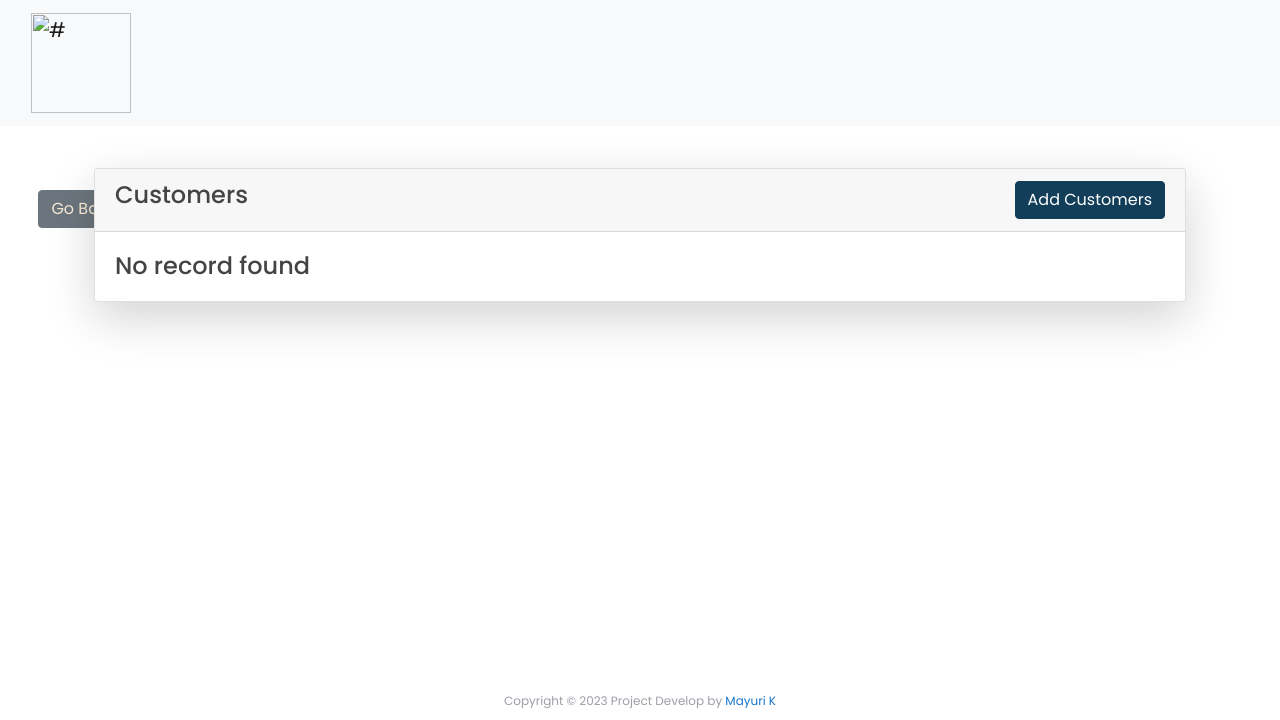
Repository: JyrossC/POS-PHP
Page: http://localhost/customer/customers.php
The author's editor kept a copy of each file at every save. The page is drawn from the files as they stood at one save, then again after the next save.
The browser window is 1280 px wide. The pictures show the whole page.
Some web fonts or font styles are not loaded; a fallback is used. The page is run by PHP 8.4 with error messages shown; the project is at /var/www/html/. Other server files are loaded and not shown. Queries for data that is not in the repository find no rows.

Above is the page before, as saved 2024-08-24 14:58:56.

### POS System/customer/customers.php
<?php

include('../header.php');
include('function.php');
include('header1.php');
include('navbar.php');



?>

<div class=" mt-5 py-3" style="margin-left: 3%; text-decoration: none;" >
    <button type="button" class="btn btn-secondary">
        <a href="../index.php" style="text-decoration: none; color:antiquewhite; ">Go Back</a>
    </button>
</div>

<div class="container px-4" style="margin-top: -100px;" >
    <div class="card mt-4 shadow-lg">
        <div class="card-header">
            <h4 class="mb-0">Customers
                <a href="add-customer.php" class="btn btn-primary float-end">Add Customers</a>
            </h4>
        </div>
        <div class="card-body">
            <?php alertMessage(); ?>

            <?php
                $customers = getAll('customers');
                if(!$customers){
                    echo '<h4>Something Went Wrong</h4>';
                    return false;
                }
                if(mysqli_num_rows($customers) > 0)
                {


            ?>

            <div class="table-responsive">
                <table class="table table-striped table-bordered">
                    <thead>
                        <tr>
                            <th>ID</th>
                            <th>Name</th>
                            <!-- <th>Email</th> -->
                            <th>Phone</th>
                            <!-- <th>image</th> -->
                            <th>Status</th>
                            <th>Action</th>
                        </tr>
                    </thead>
                    <tbody>

                        <?php foreach($customers as $item) : ?>
                        <tr>
                            <td><?=$item['id']; ?></td>
                            <td><?=$item['name']; ?></td>
                            <!-- <td><?=$item['email']; ?></td> -->
                            <td><?=$item['phone']; ?></td>
                            <!-- <td><?=$item['image']; ?></td> -->

                            <td class="justify-content-center">
                                <?php
                                   if($item['status'] == 1 )
                                   {
                                    echo '<span class="badge bg-danger">Hidden</span>';
                                   }
                                   else
                                   {
                                    echo '<span class="badge bg-success">Visible</span>';
                                   }
                                ?>

                            </td>
                            <td>
                                <a href="edit-customer.php?id=<?= $item['id']; ?>" class="btn btn-primary btn-sm">Edit</a>
                                <a href="delete-customer.php?id=<?= $item['id']; ?>" class="btn btn-danger btn-sm">Delete</a>
                            </td>
                        </tr>
                        <?php endforeach; ?>

                    </tbody>
                </table>
            </div>


            <?php
                        }
                        else
                        {
                            ?>
                            <tr>
                                <h4 class="mb-0">No record found</h4>
                            </tr>
                            <?php
                        }
                        ?>


        </div>
    </div>

    </div>
</div>

<!-- <div class="footer">
    <footer>
            <div class="row">
                <div class="col-4">
                <div class="card">
                    <div class="card-body">

                    </div>
                </div>
            </div>
        </div>
    </footer>
</div> -->

### POS System/header.php
  <link rel="icon" type="image/x-icon" href="assets/uploads/fav.png">
  <meta content="" name="descriptison">
  <meta content="" name="keywords">



  <!-- Google Fonts -->
  <link href="https://fonts.googleapis.com/css?family=Open+Sans:300,300i,400,400i,600,600i,700,700i|Raleway:300,300i,400,400i,500,500i,600,600i,700,700i|Poppins:300,300i,400,400i,500,500i,600,600i,700,700i" rel="stylesheet">
    <link rel="stylesheet" href="assets/font-awesome/css/all.min.css">
    <link href="https://cdn.jsdelivr.net/npm/bootstrap@5.1.3/dist/css/bootstrap.min.css" rel="stylesheet" integrity="sha384-1BmE4kWBq78iYhFldvKuhfTAU6auU8tT94WrHftjDbrCEXSU1oBoqyl2QvZ6jIW3" crossorigin="anonymous">
<!--  Orginal Author Name: Mayuri K.
 for any PHP, Codeignitor, Laravel OR Python work contact me at mayuri.infospace@gmail.com
 Visit website : www.mayurik.com -->

  <!-- Vendor CSS Files -->
  <link href="assets/vendor/bootstrap/css/bootstrap.min.css"  rel="stylesheet">
  <link href="assets/vendor/icofont/icofont.min.css" rel="stylesheet">
  <link href="assets/vendor/boxicons/css/boxicons.min.css" rel="stylesheet">
  <link href="assets/vendor/venobox/venobox.css" rel="stylesheet">
  <link href="assets/vendor/animate.css/animate.min.css" rel="stylesheet">
  <link href="assets/vendor/remixicon/remixicon.css" rel="stylesheet">
  <link href="assets/vendor/owl.carousel/assets/owl.carousel.min.css" rel="stylesheet">
  <link href="assets/vendor/bootstrap-datepicker/css/bootstrap-datepicker.min.css" rel="stylesheet">
  <link href="assets/DataTables/datatables.min.css" rel="stylesheet">
  <link href="assets/css/jquery.datetimepicker.min.css" rel="stylesheet">
  <link href="assets/css/select2.min.css" rel="stylesheet">


  <!-- Template Main CSS File -->
  <link href="assets/css/style.css" rel="stylesheet">
  <link type="text/css" rel="stylesheet" href="assets/css/jquery-te-1.4.0.css">

  <script src="assets/vendor/jquery/jquery.min.js"></script>
  <script src="assets/DataTables/datatables.min.js"></script>
  <script src="assets/vendor/bootstrap/js/bootstrap.bundle.min.js" defer></script>
  <script src="assets/vendor/jquery.easing/jquery.easing.min.js"></script>
  <script src="assets/vendor/php-email-form/validate.js"></script>
  <script src="assets/vendor/venobox/venobox.min.js"></script>
  <script src="assets/vendor/waypoints/jquery.waypoints.min.js"></script>
  <script src="assets/vendor/counterup/counterup.min.js"></script>
  <script src="assets/vendor/owl.carousel/owl.carousel.min.js"></script>
  <script src="assets/vendor/bootstrap-datepicker/js/bootstrap-datepicker.min.js"></script>
    <script type="text/javascript" src="assets/js/select2.min.js"></script>
    <script type="text/javascript" src="assets/js/jquery.datetimepicker.full.min.js"></script>
    <script type="text/javascript" src="assets/font-awesome/js/all.min.js"></script>
  <script type="text/javascript" src="assets/js/jquery-te-1.4.0.min.js" charset="utf-8"></script>

### POS System/customer/function.php
<?php
session_start();

require"../db_connect.php";

//input field validation
function validate($inputData){
    global $conn;
    $validatedData = mysqli_real_escape_string($conn, $inputData);
    return trim($validatedData);
}

//Redirect URL within pages with message (status)
function redirect($url, $status){
$_SESSION['status'] = $status;
header('Location: '. $url);
exit(0);
}


//Display messages of status after any process
function alertMessage(){
    if(isset($_SESSION['status'])){

        echo '<div class="alert alert-warning alert-dismissible fade show" role="alert">
            <h6>'. $_SESSION['status'] . '</h6>
            <button type="button" class="btn-close" data-bs-dismiss="alert" aria-label="Close"></button>
        </div>';
        unset($_SESSION['status']);
    }
}


//Insert  record into database function
function insert($tableName, $data){
    global $conn;

    $table = validate($tableName);

    $columns = array_keys($data);
    $values = array_values($data);

    $finalColumn= implode(', ', $columns);
    $finalValues = "'" .implode("', '", $values)."'";

    $query = "INSERT INTO $table ( $finalColumn) VALUES ($finalValues)";
    $result = mysqli_query($conn, $query);
    return $result;
}

//Update records into database function
function update($tableName, $id, $data){

    global $conn;

    $table = validate($tableName);
    $id = validate($id);

    $updateDataString = "";

    foreach($data as $column => $value){
        $updateDataString .= $column .'='. "'$value',";
        $finalUpdateData = substr(trim($updateDataString),0,-1);

        $query= "UPDATE $table SET $finalUpdateData WHERE id = '$id'";
        $result = mysqli_query($conn, $query);
        return $result;

    }
}
//Get all data  from database function
function getAll($tableName, $status = NULL){
        global $conn;
        $table = validate($tableName);
        $status = validate($status);

        if($status == 'status'){
            $query = "SELECT * FROM $table WHERE $status = '0'";
        }
        else
        {
            $query = "SELECT * FROM $table";
        }
        return mysqli_query($conn, $query);

    }

function getById($tableName, $id){
        global $conn;
        $table = validate($tableName);
        $id = validate($id);

        $query = "SELECT * FROM $table WHERE id = '$id' LIMIT 1";
        $result = mysqli_query($conn, $query);

        if($result){

            if(mysqli_num_rows($result) == 1){
                // $row = mysqli_fetch_array($result, MYSQLI_ASSOC);
                $row = mysqli_fetch_assoc($result);
                $response = [
                    'status' =>'200',
                    'data' =>$row,
                    'message' =>'Successfully fetched results'
                ];
                return $response;

            }else{
                $response = [
                    'status' =>'404',
                    'message' =>'No Data Found'
                ];
            }
        }
        else{
            $response = [
                'status' =>'500',
                'message' =>'Something went wrong'
            ];
        }

}


//Deleting data from database function
function delete($tableName, $id){

        global $conn;

        $table = validate($tableName);
        $id = validate($id);

        $query = "DELETE FROM  $table  WHERE  id = '$id' LIMIT  1";
        $result = mysqli_query($conn, $query);
        return $result;
}

//Check Parameter Function
function checkParamId($type)
{

    if(isset($_GET[$type]))
    {
        if($_GET[$type] != '')
        {
            return $_GET[$type];
        }
        else
        {
            return '<h5>No Id is Found</h5>';
        }
    }
    else
    {
        return '<h5>No Id is Given</h5>';
    }
}

//Log Out Function
function logoutSession(){
    unset( $_SESSION['loggedIn'] );
    unset( $_SESSION['loggedInUser'] );
}
?>

### POS System/db_connect.php
<?php

$conn= new mysqli('localhost','root','','kruxton')or die("Could not connect to mysql".mysqli_error($con));

### POS System/customer/header1.php
<link rel="icon" type="image/x-icon" href="assets/uploads/fav.png">
  <meta content="" name="descriptison">
  <meta content="" name="keywords">



  <!-- Google Fonts -->
  <link href="https://fonts.googleapis.com/css?family=Open+Sans:300,300i,400,400i,600,600i,700,700i|Raleway:300,300i,400,400i,500,500i,600,600i,700,700i|Poppins:300,300i,400,400i,500,500i,600,600i,700,700i" rel="stylesheet">
    <link rel="stylesheet" href="assets/font-awesome/css/all.min.css">
    <link href="https://cdn.jsdelivr.net/npm/bootstrap@5.1.3/dist/css/bootstrap.min.css" rel="stylesheet" integrity="sha384-1BmE4kWBq78iYhFldvKuhfTAU6auU8tT94WrHftjDbrCEXSU1oBoqyl2QvZ6jIW3" crossorigin="anonymous">


  <!-- Vendor CSS Files -->
  <link href="assets/vendor/bootstrap/css/bootstrap.min.css"  rel="stylesheet">
  <link href="assets/vendor/icofont/icofont.min.css" rel="stylesheet">
  <link href="assets/vendor/boxicons/css/boxicons.min.css" rel="stylesheet">
  <link href="assets/vendor/venobox/venobox.css" rel="stylesheet">
  <link href="assets/vendor/animate.css/animate.min.css" rel="stylesheet">
  <link href="assets/vendor/remixicon/remixicon.css" rel="stylesheet">
  <link href="assets/vendor/owl.carousel/assets/owl.carousel.min.css" rel="stylesheet">
  <link href="assets/vendor/bootstrap-datepicker/css/bootstrap-datepicker.min.css" rel="stylesheet">
  <link href="assets/DataTables/datatables.min.css" rel="stylesheet">
  <link href="assets/css/jquery.datetimepicker.min.css" rel="stylesheet">
  <link href="assets/css/select2.min.css" rel="stylesheet">


  <!-- Template Main CSS File -->
  <link href="assets/css/style.css" rel="stylesheet">
  <link type="text/css" rel="stylesheet" href="assets/css/jquery-te-1.4.0.css">

  <script src="assets/vendor/jquery/jquery.min.js"></script>
  <script src="assets/DataTables/datatables.min.js"></script>
  <script src="assets/vendor/bootstrap/js/bootstrap.bundle.min.js" defer></script>
  <script src="assets/vendor/jquery.easing/jquery.easing.min.js"></script>
  <script src="assets/vendor/php-email-form/validate.js"></script>
  <script src="assets/vendor/venobox/venobox.min.js"></script>
  <script src="assets/vendor/waypoints/jquery.waypoints.min.js"></script>
  <script src="assets/vendor/counterup/counterup.min.js"></script>
  <script src="assets/vendor/owl.carousel/owl.carousel.min.js"></script>
  <script src="assets/vendor/bootstrap-datepicker/js/bootstrap-datepicker.min.js"></script>
    <script type="text/javascript" src="assets/js/select2.min.js"></script>
    <script type="text/javascript" src="assets/js/jquery.datetimepicker.full.min.js"></script>
    <script type="text/javascript" src="assets/font-awesome/js/all.min.js"></script>
  <script type="text/javascript" src="assets/js/jquery-te-1.4.0.min.js" charset="utf-8"></script>

### POS System/customer/navbar.php


<nav class="navbar navbar-light bg-light">
  <div class="container-fluid">
    <a class="navbar-brand" href="#">
      <img src="" alt="#" width="100" height="100" class="d-inline-block align-text-top" style="margin-right: 15%;">
    </a>
    <div style="margin-right: 10%;" >
      <h5 class="text-success" >
        <?php echo isset($_SESSION['system']['name']) ? $_SESSION['system']['name'] : '' ?>
      </h5>
    </div>
  </div>
</nav>

Loaded but not shown: POS System/assets/font-awesome/css/all.min.css (library); POS System/assets/DataTables/datatables.min.css (library); POS System/assets/css/jquery.datetimepicker.min.css (library); POS System/assets/css/select2.min.css (library); POS System/assets/css/jquery-te-1.4.0.css (library); POS System/assets/DataTables/datatables.min.js (library); POS System/assets/js/select2.min.js (library); POS System/assets/js/jquery.datetimepicker.full.min.js (library); POS System/assets/js/jquery-te-1.4.0.min.js (library); POS System/assets/css/style.css (1743 lines, source omitted)

After the next save:
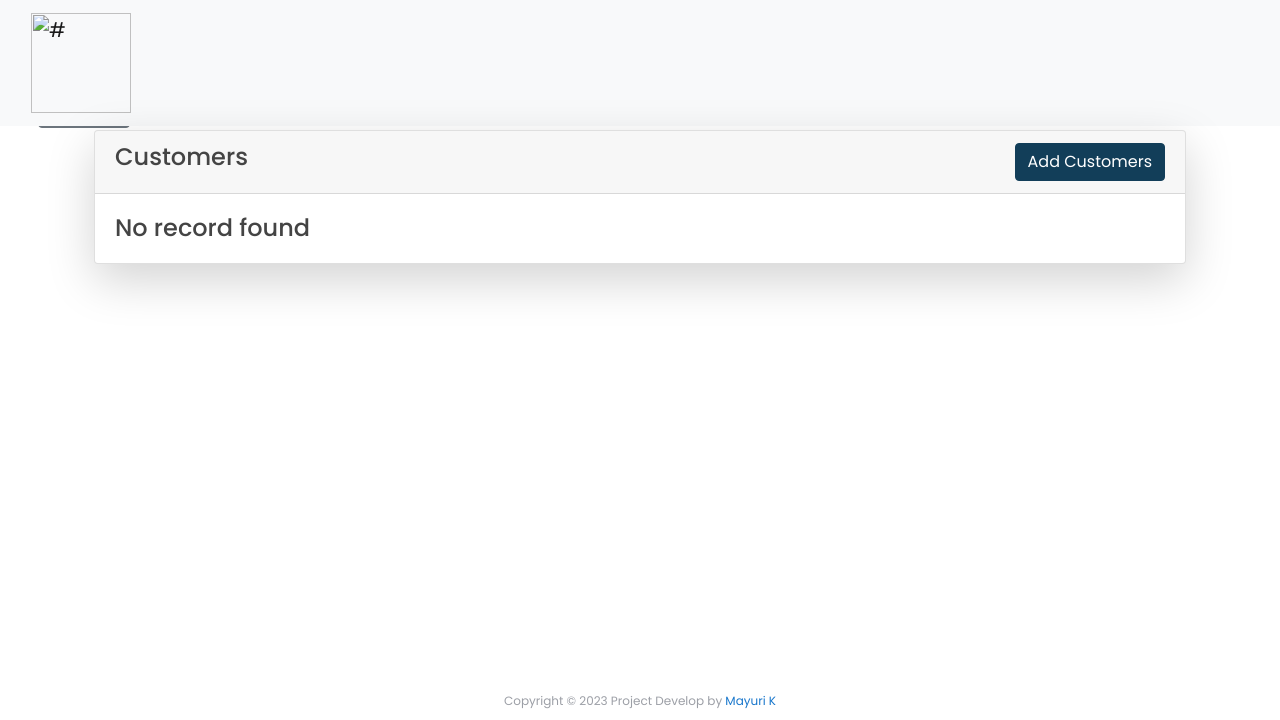
Saved 24 s later.
--- a/POS System/customer/customers.php
+++ b/POS System/customer/customers.php
@@ -10,7 +10,7 @@ include('navbar.php');
 ?>
 
 <div class=" mt-5 py-3" style="margin-left: 3%; text-decoration: none;" >
-    <button type="button" class="btn btn-secondary">
+    <button type="button" class="btn btn-secondary" style="margin-top: -100px;" >
         <a href="../index.php" style="text-decoration: none; color:antiquewhite; ">Go Back</a>
     </button>
 </div>
